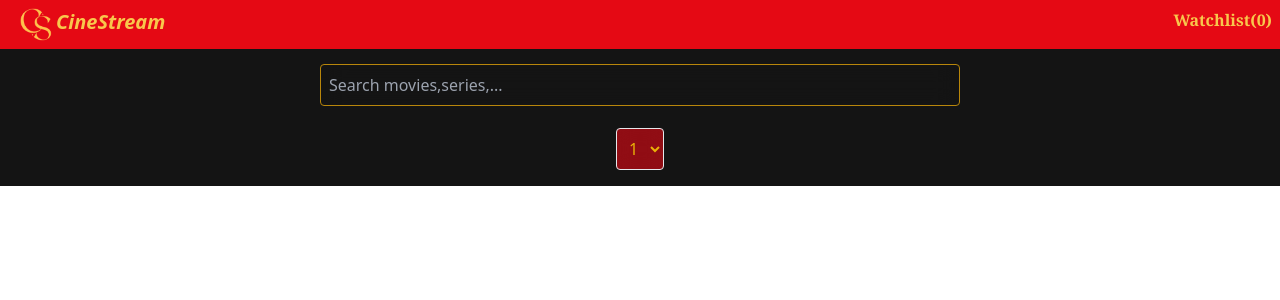
Repository: Reshmashameem31/Cine-Stream
Page: /watchlist (app in movie-project/)
These files come from the project's save history. The page is drawn as it stood at one moment and after the next save; the edit follows.
The browser window is 1280 px wide. The pictures show the whole page.
The project was rebuilt for these pictures with package versions that can differ from the ones it lists, and the page was loaded fresh each time. Also part of the build but not shown: movie-project/vite.config.js, movie-project/src/Components/Moviecard.jsx, movie-project/src/pages/Home.jsx.

Above is the page before, as saved 2025-08-16 13:19:56.

### movie-project/src/App.jsx
import {BrowserRouter,Routes,Route} from 'react-router-dom'

import { useState } from 'react'
import Navbar from './pages/Navbar'
import Watchlist from './pages/WatchList'
import Home from './pages/Home'
function App() {
  const [count, setCount] = useState(0)

  return (

    <BrowserRouter>

    <Navbar/>
    <Routes>
      <Route path='/' element={<Home/>}></Route>
        <Route path='/watchlist' element={<Watchlist/>}></Route>
    </Routes>
    </BrowserRouter>
  )
}

export default App

### movie-project/src/pages/Navbar.jsx
import React from 'react'
import { Link } from 'react-router-dom'

const Navbar = () => {
  return (
    <nav className='p-2 bg-[#E50914]  text-[rgb(248,199,76)] flex justify-between fixed w-full top-0 z-10'>
      <Link to="/" className='font-bold text-xl hover:text-[#B88608] flex gap-1 italic'><img src='icon.png'className='w-8 ml-3' />CineStream</Link>
      <Link to="/watchlist" className='text-l font-semibold font-serif hover:text-[#B88608]'>Watchlist(0)</Link>
    </nav>
  )
}

export default Navbar

### movie-project/src/pages/WatchList.jsx
import React from 'react'
import GenreFilter from '../Components/GenreFilter'

const Watchlist = () => {
  return (
    <div className='p-4 pt-16 bg-[#141414] '>
        <input type='text' placeholder='Search movies,series,...'
         className='p-2 w-3/4 md:w-1/2 border rounded border-[#B8860B]
          bg-[#141414] bg-opacity-60 backdrop-blur-md text-white fixed  left-1/4 z-10 top-16' />

          <div className='mt-16 text-yellow-500 flex justify-center'>
            <GenreFilter/>
          </div>


          </div>
  )
}

export default Watchlist

### movie-project/src/Components/GenreFilter.jsx
import React from 'react'

const GenreFilter = () => {
  return (
    <select className='p-2 bg-[#E50914]  bg-opacity-60 backdrop-blur-md border rounded'>
        <option value=''>1</option>
        <option value=''>2</option>
        <option value=''>3</option>
        <option value=''>4</option>

    </select>
  )
}

export default GenreFilter

Loaded but not shown: movie-project/index.html (common file); movie-project/src/main.jsx (common file); movie-project/src/index.css (common file); movie-project/tailwind.config.js (common file)

After the next save:
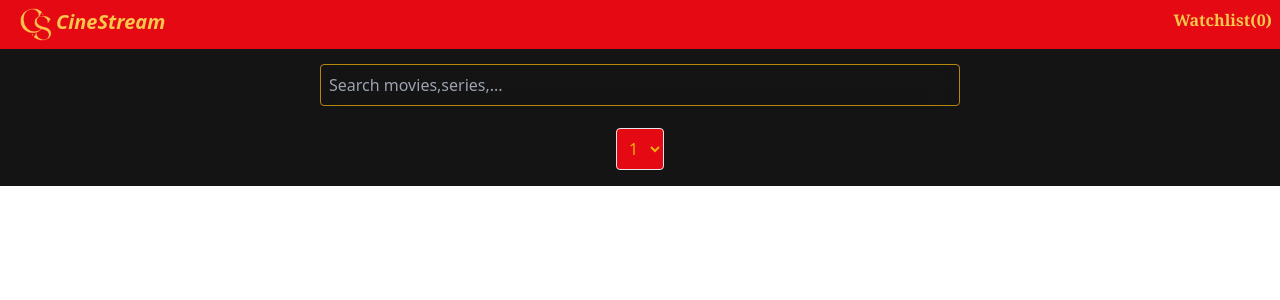
Saved 12 s later.
--- a/movie-project/src/Components/GenreFilter.jsx
+++ b/movie-project/src/Components/GenreFilter.jsx
@@ -2,7 +2,7 @@ import React from 'react'
 
 const GenreFilter = () => {
   return (
-    <select className='p-2 bg-[#E50914]  bg-opacity-60 backdrop-blur-md border rounded'>
+    <select className='p-2 bg-[#E50914]   backdrop-blur-md border rounded'>
         <option value=''>1</option>
         <option value=''>2</option>
         <option value=''>3</option>
